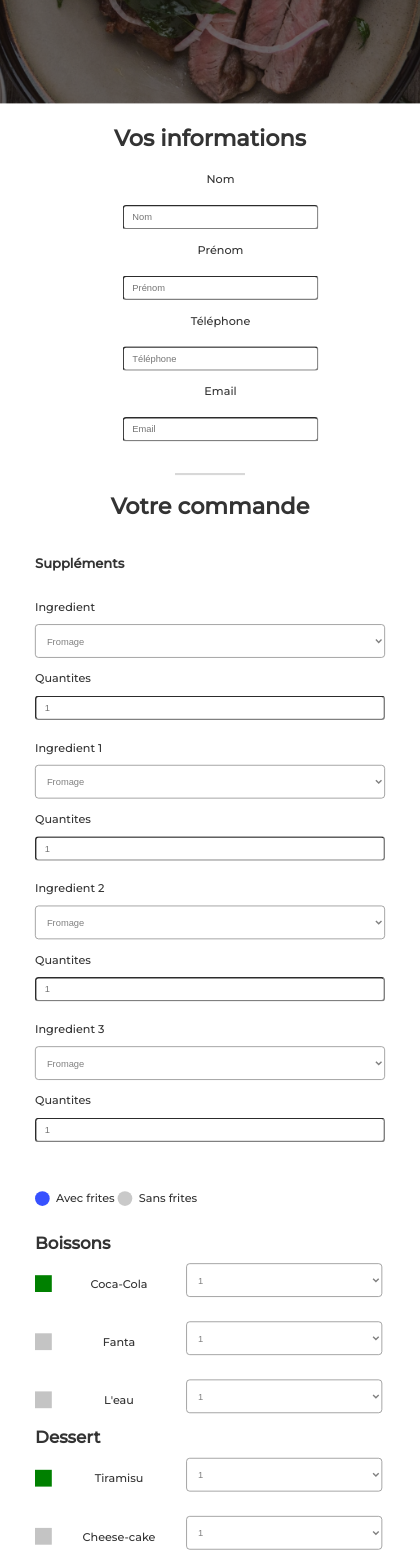
Repository: sisilass31/bella-olonje
Page: html/commande.html
The author's editor kept a copy of each file at every save. The page is drawn from the files as they stood at one save, then again after the next save.
The browser window is 600 px wide. The pictures show the part of the page from y = 674 to 2914 px (the page is 4086 px tall), at 70% of full size.
Some web libraries are served in a nearby version.

Above is the page before, as saved 2023-02-15 09:49:23.

After the next save:
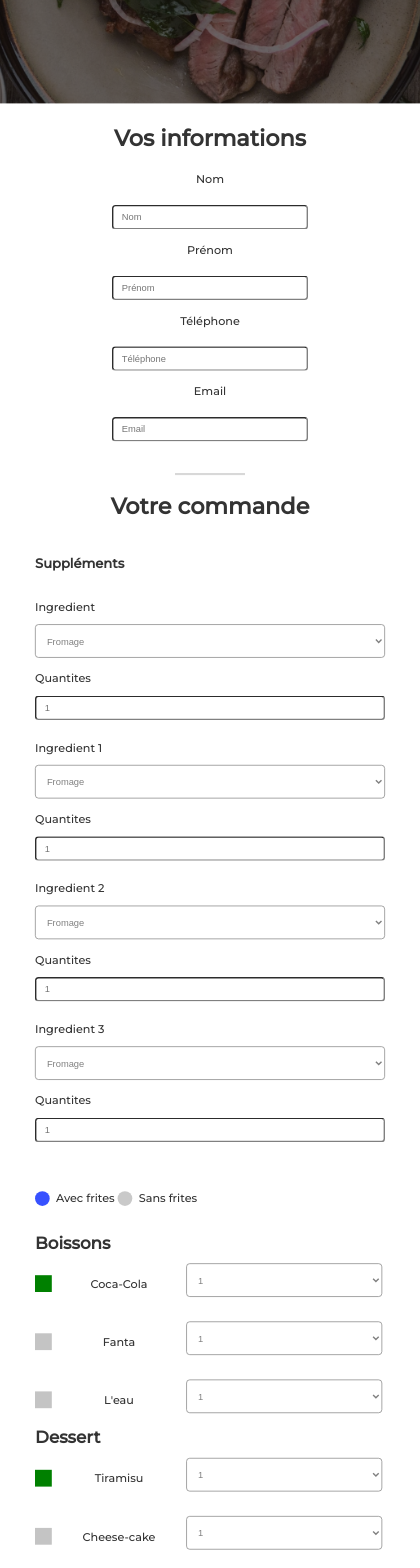
Saved 4 s later.
--- a/css/commande.css
+++ b/css/commande.css
@@ -445,7 +445,7 @@ button {
     }
 
     .label1 {
-        margin-left: 5%;
+        margin-left: 0;
         display: flex;
         justify-content: center;
         align-items: center;
